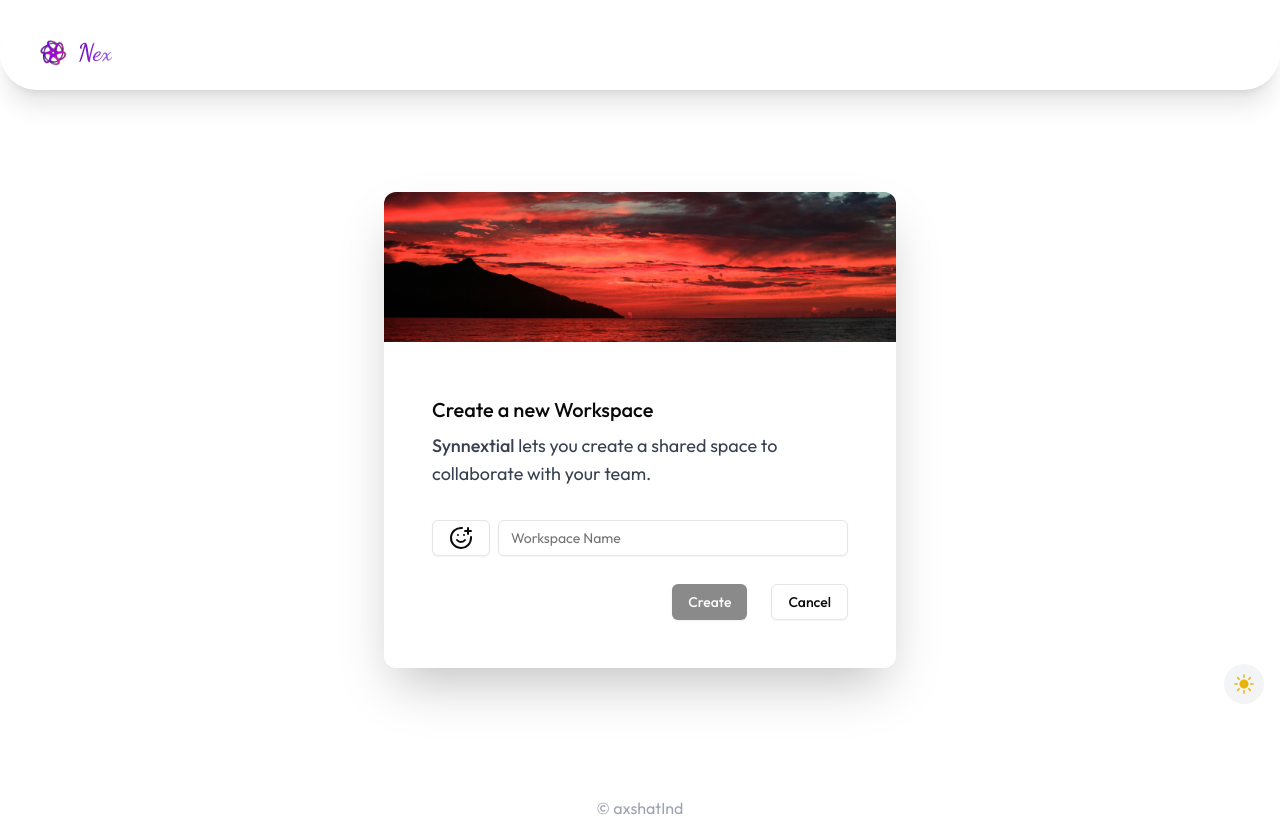
Repository: axshatInd/synnexTial
Page: /createworkspace
An editor plug-in stored every save of this project. The page is shown before and after the next save, followed by the edit.
The browser window is 1280 px wide. The pictures show the whole page.
The page's requests for data from a server got no answer. The project was rebuilt for these pictures with package versions that can differ from the ones it lists, and the page was loaded fresh each time. Some packages were replaced by stand-ins written for this rebuild. The framework's server and built-in components were replaced by stand-ins that run in the browser. No one was signed in, and anything a server would have sent is missing. Also part of the build but not shown: next.config.mjs.

Above is the page before, as saved 2024-08-28 16:41:05.

### app/layout.js
"use client";
import { Outfit } from "next/font/google";
import { Dancing_Script } from "next/font/google";
import "./globals.css";
import { ClerkProvider } from "@clerk/nextjs";
import Header from "./(routes)/dashboard/_components/Header";
import ThemeSwitcher from "./_components/ThemeSwitcher"; // Import ThemeSwitcher
import useTheme from "./_components/useTheme";

// Font configurations
const outfit = Outfit({ subsets: ["latin"] });
const dancing_script = Dancing_Script({ subsets: ["latin"] });

function Footer() {
  return (
    <footer className="text-center py-4">
      <a
        href="https://www.instagram.com/akshat.7_"
        target="_blank"
        rel="noopener noreferrer"
        className="text-gray-400 hover:text-gray-600 transition-colors duration-300"
      >
        &copy; axshatInd
      </a>
    </footer>
  );
}

export default function RootLayout({ children }) {
  const { theme, toggleTheme } = useTheme();

  return (
    <ClerkProvider>
      <html lang="en">
        <body
          className={`${outfit.className} ${theme} flex flex-col min-h-screen`}
        >
          <Header />
          <main className="flex-grow pt-20">{children}</main>
          <Footer />
          <div className="fixed bottom-4 right-4 z-50">
            <ThemeSwitcher isDark={theme === "dark"} onChange={toggleTheme} />
          </div>
        </body>
      </html>
    </ClerkProvider>
  );
}

### app/(routes)/createworkspace/page.jsx
"use client"; // Add this directive at the top of the file

import CoverPicker from "@/app/_components/CoverPicker";
import EmojiPickerComponent from "@/app/_components/EmojiPickerComponent";
import { Button } from "@/components/ui/button";
import { Input } from "@/components/ui/input";
import { db } from "@/config/firebaseConfig";
import { useAuth, useUser } from "@clerk/nextjs";
import { doc, setDoc } from "firebase/firestore";
import { Loader2Icon, SmilePlus } from "lucide-react";
import Image from "next/image";
import { useRouter } from "next/navigation";
import React, { useState } from "react";
import uuid4 from "uuid4";

function CreateWorkspace() {
  const [coverImage, setCoverImage] = useState("/cover.png");
  const [workspacename, setWorkspaceName] = useState();
  const [emoji, setEmoji] = useState();
  const { user } = useUser();
  const { orgId } = useAuth();
  const [loading, setLoading] = useState(false);
  const router = useRouter();

  /* Used to create new workspace and save the data in dataspace */
  const OnCreateWorkspace = async () => {
    setLoading(true);
    const workspaceId = Date.now();
    const result = await setDoc(doc(db, "Workspace", workspaceId.toString()), {
      workspaceName: workspacename,
      emoji: emoji,
      coverImage: coverImage,
      createdBy: user?.primaryEmailAddress?.emailAddress,
      id: workspaceId,
      orgId: orgId ? orgId : user?.primaryEmailAddress?.emailAddress,
    });
    const docId = uuid4();
    {
      /* this will give some random ids for us */
    }
    await setDoc(doc(db, "workspaceDocuments", docId.toString()), {
      workspaceId: workspaceId,
      createdBy: user?.primaryEmailAddress?.emailAddress,
      coverImage: null,
      emoji: null,
      id: docId,
      documentOutput: [],
    });

    await setDoc(doc(db, "documentOutput", docId.toString()), {
      docId: docId,
      Output: [],
    });

    setLoading(false);
    router.replace("/workspace/" + workspaceId + "/" + docId);
    {
      /* will do nested dynamic routing now at 1:58:00 of the vid */
    }
  };

  return (
    <div className="p-10 md:px-36 lg:px-64 xl:px-96 py-28">
      <div className="shadow-2xl rounded-xl">
        <CoverPicker setNewCover={(v) => setCoverImage(v)}>
          {/* Cover Image */}
          <div className="relative group cursor-pointer">
            <h2 className="hidden absolute p-4 w-full h-full items-center group-hover:flex justify-center text-black">
              Change Cover
            </h2>
            <div className="group-hover:opacity-70">
              <Image
                src={coverImage}
                width={400}
                height={440}
                className="w-full h-[150px] object-cover rounded-t-xl"
              />
            </div>
          </div>
        </CoverPicker>

        {/* Input Section */}
        <div className="p-12">
          <h2 className="font-medium text-xl">Create a new Workspace</h2>
          <h2 className="text-lg mt-2 text-gray-700">
            <span className="font-medium">Synnextial</span> lets you create a
            shared space to collaborate with your team.
          </h2>

          <div className="mt-8 flex gap-2 items-center">
            <EmojiPickerComponent setEmojiIcon={(v) => setEmoji(v)}>
              <Button variant="outline">{emoji ? emoji : <SmilePlus />}</Button>
            </EmojiPickerComponent>
            <Input
              placeholder="Workspace Name"
              onChange={(e) => setWorkspaceName(e.target.value)}
            />
          </div>
          <div className="mt-7 flex justify-end gap-6">
            <Button
              disabled={!workspacename?.length || loading}
              onClick={OnCreateWorkspace}
            >
              Create {loading && <Loader2Icon className="animate-spin ml-2" />}
            </Button>
            <Button variant="outline">Cancel</Button>
          </div>
        </div>
      </div>
    </div>
  );
}

export default CreateWorkspace;

### app/globals.css
@tailwind base;
@tailwind components;
@tailwind utilities;

@layer base {
  :root {
    --background: 0 0% 100%;
    --foreground: 0 0% 3.9%;
    --card: 0 0% 100%;
    --card-foreground: 0 0% 3.9%;
    --popover: 0 0% 100%;
    --popover-foreground: 0 0% 3.9%;
    --primary: 0 0% 9%;
    --primary-foreground: 0 0% 98%;
    --secondary: 0 0% 96.1%;
    --secondary-foreground: 0 0% 9%;
    --muted: 0 0% 96.1%;
    --muted-foreground: 0 0% 45.1%;
    --accent: 0 0% 96.1%;
    --accent-foreground: 0 0% 9%;
    --destructive: 0 84.2% 60.2%;
    --destructive-foreground: 0 0% 98%;
    --border: 0 0% 89.8%;
    --input: 0 0% 89.8%;
    --ring: 0 0% 3.9%;
    --radius: 0.5rem;
    --chart-1: 12 76% 61%;
    --chart-2: 173 58% 39%;
    --chart-3: 197 37% 24%;
    --chart-4: 43 74% 66%;
    --chart-5: 27 87% 67%;
  }

  .dark {
    --background: 0 0% 3.9%;
    --foreground: 0 0% 98%;
    --card: 0 0% 3.9%;
    --card-foreground: 0 0% 98%;
    --popover: 0 0% 3.9%;
    --popover-foreground: 0 0% 98%;
    --primary: 0 0% 98%;
    --primary-foreground: 0 0% 9%;
    --secondary: 0 0% 14.9%;
    --secondary-foreground: 0 0% 98%;
    --muted: 0 0% 14.9%;
    --muted-foreground: 0 0% 63.9%;
    --accent: 0 0% 14.9%;
    --accent-foreground: 0 0% 98%;
    --destructive: 0 62.8% 30.6%;
    --destructive-foreground: 0 0% 98%;
    --border: 0 0% 14.9%;
    --input: 0 0% 14.9%;
    --ring: 0 0% 83.1%;
    --chart-1: 220 70% 50%;
    --chart-2: 160 60% 45%;
    --chart-3: 30 80% 55%;
    --chart-4: 280 65% 60%;
    --chart-5: 340 75% 55%;
  }

  /* Gradient Text Styles */
  /* Existing gradient-text for light mode */
  .gradient-text {
    background: linear-gradient(to right, #f59e0b, #f97316, #b45309);
    -webkit-background-clip: text;
    background-clip: text;
    color: transparent;
  }

  /* Gradient text styling for dark mode */
  .dark .gradient-text-dark {
    background: linear-gradient(to right, #fca5a5, #f87171, #ef4444);
    -webkit-background-clip: text;
    background-clip: text;
    color: transparent;
  }

  .gradient-text2 {
    background: linear-gradient(to right, #b45309, #92400e, #111111);
    -webkit-background-clip: text;
    background-clip: text;
    color: transparent;
  }

  .gradient-text3 {
    background: linear-gradient(90deg, #000000, #ff5722);
    -webkit-background-clip: text;
    -webkit-text-fill-color: transparent;
  }

  .gradient-text4 {
    background: linear-gradient(to right, #6a0dad, #8a2be2, #9370db);
    -webkit-background-clip: text;
    background-clip: text;
    color: transparent;
  }

  /* Base Styles */
  * {
    @apply border-border;
  }

  body {
    @apply bg-background text-foreground;
  }

  footer {
    @apply text-center py-4;
  }

  footer a {
    @apply text-gray-400 hover:text-gray-600 transition-colors duration-300;
  }

  footer p {
    transition: color 0.3s ease;
  }

  /* Button Styles */
  .btn-primary {
    @apply text-white bg-primary hover:bg-primary-foreground px-4 py-2 rounded-md transition-all;
  }

  .btn-secondary {
    @apply text-primary bg-secondary hover:bg-secondary-foreground px-4 py-2 rounded-md transition-all;
  }

  .btn-accent {
    @apply text-accent-foreground bg-accent hover:bg-accent-foreground px-4 py-2 rounded-md transition-all;
  }
}

/* Scoped styling for ThemeSwitcher component */

.theme-switcher-button {
  /* Ensures button is circular */
  border-radius: 50%;
  width: 2.5rem; /* Adjust size as needed */
  height: 2.5rem; /* Adjust size as needed */
  display: flex;
  align-items: center;
  justify-content: center;
  cursor: pointer;
  background-color: #f3f4f6; /* Light background for light mode */
  transition: background-color 0.3s ease;
}

.theme-switcher-button:hover {
  background-color: rgba(0, 0, 0, 0.1); /* Light hover effect */
}

.dark .theme-switcher-button {
  background-color: #1f2937; /* Dark background for dark mode */
}

.dark .theme-switcher-button:hover {
  background-color: rgba(255, 255, 255, 0.1); /* Dark mode hover effect */
}

/* Styling for icons */
.theme-switcher-button svg {
  width: 1.5rem;
  height: 1.5rem;
}

### app/(routes)/dashboard/_components/Header.jsx
"use client";
import { useEffect, useRef } from "react";
import { gsap } from "gsap";
import Logo from "@/app/_components/Logo";
import { OrganizationSwitcher, useAuth, UserButton } from "@clerk/nextjs";
import useTheme from "@/app/_components/useTheme"; // Import useTheme here

function Header() {
  const { orgId } = useAuth();
  const headerRef = useRef(null);

  // GSAP animation for the header
  useEffect(() => {
    gsap.fromTo(headerRef.current, { opacity: 0 }, { opacity: 1, duration: 1 });
  }, []);

  const { theme } = useTheme();

  return (
    <header
      ref={headerRef} // Reference for animation
      className={`fixed top-4 left-1/2 transform -translate-x-1/2 z-100 flex justify-between items-center px-4 py-2 md:px-6 md:py-3 shadow-xl rounded-full bg-white w-full max-w-7xl overflow-hidden ${
        theme === "dark" ? "dark:bg-black" : ""
      }`}
    >
      <div className="w-full max-w-screen-xl px-1 flex justify-between items-center">
        <Logo />
        <OrganizationSwitcher
          afterCreateOrganizationUrl={"/dashboard"}
          afterLeaveOrganizationUrl={"/dashboard"}
        />
        <UserButton />
      </div>
    </header>
  );
}

export default Header;

### app/_components/ThemeSwitcher.jsx
import { SunIcon, MoonIcon } from "@heroicons/react/24/solid"; // Import Heroicons

const ThemeSwitcher = ({ isDark, onChange }) => {
  return (
    <button
      onClick={onChange}
      aria-label={isDark ? "Switch to Light Mode" : "Switch to Dark Mode"}
      className="theme-switcher-button p-1 sm:p-2"
    >
      {isDark ? (
        <MoonIcon className="w-3 h-3 sm:w-5 sm:h-5 text-yellow-400" />
      ) : (
        <SunIcon className="w-3 h-3 sm:w-5 sm:h-5 text-yellow-500" />
      )}
    </button>
  );
};

export default ThemeSwitcher;

### app/_components/useTheme.jsx
"use client"; // This ensures it runs on the client side

import { useState, useEffect } from "react";

const useTheme = () => {
  const [theme, setTheme] = useState("light");

  useEffect(() => {
    const storedTheme = localStorage.getItem("theme");
    const systemPrefersDark = window.matchMedia(
      "(prefers-color-scheme: dark)"
    ).matches;

    if (storedTheme) {
      setTheme(storedTheme);
    } else {
      setTheme(systemPrefersDark ? "dark" : "light");
    }
  }, []);

  const toggleTheme = () => {
    const newTheme = theme === "light" ? "dark" : "light";
    setTheme(newTheme);
    localStorage.setItem("theme", newTheme);
    document.body.className = newTheme; // Apply theme class to body for immediate update
  };

  return { theme, toggleTheme };
};

export default useTheme;

### app/_components/CoverPicker.jsx
import React, { useState } from "react";
import {
  Dialog,
  DialogContent,
  DialogDescription,
  DialogFooter,
  DialogHeader,
  DialogTitle,
  DialogTrigger,
} from "@/components/ui/dialog";
import CoverOption from "../_shared/CoverOption";
import Image from "next/image";
import { DialogClose } from "@radix-ui/react-dialog";
import { Button } from "@/components/ui/button";

function CoverPicker({ children, setNewCover }) {
  const [selectedCover, setSelectedCover] = useState();

  return (
    <Dialog>
      <DialogTrigger className="w-full">{children}</DialogTrigger>
      <DialogContent>
        <DialogHeader>
          <DialogTitle>Change Cover Image</DialogTitle>
          <DialogDescription>
            <div className="grid grid-cols-2 md:grid-cols-3 lg:grid-cols-4 gap-5 mt-3">
              {CoverOption.map((cover, index) => (
                <div
                  key={index}
                  onClick={() => setSelectedCover(cover?.imageUrl)}
                  className={`p-1 rounded-md ${
                    selectedCover === cover?.imageUrl
                      ? "border-primary border-2"
                      : ""
                  }`}
                >
                  <Image
                    src={cover?.imageUrl}
                    width={200}
                    height={140}
                    className="h-[70px] w-full rounded-md object-cover"
                    alt={`Cover Image ${index}`}
                  />
                </div>
              ))}
            </div>
          </DialogDescription>
        </DialogHeader>
        <DialogFooter className="">
          <DialogClose asChild>
            <Button type="button" onClick={() => setNewCover(selectedCover)}>
              Update
            </Button>
          </DialogClose>

          <DialogClose asChild>
            <Button type="button" variant="secondary">
              Close
            </Button>
          </DialogClose>
        </DialogFooter>
      </DialogContent>
    </Dialog>
  );
}

export default CoverPicker;

### app/_components/EmojiPickerComponent.jsx
import EmojiPicker from "emoji-picker-react";
import React, { useState } from "react";

function EmojiPickerComponent({ children, setEmojiIcon }) {
  const [openEmojiPicker, setOpenEmojiPicker] = useState(false);

  const handleToggleEmojiPicker = () => {
    setOpenEmojiPicker((prev) => !prev); // Toggle the emoji picker visibility
  };

  return (
    <div>
      {/* Button to open/close the EmojiPicker */}
      <div onClick={handleToggleEmojiPicker}>{children}</div>

      {/* Conditional rendering for the EmojiPicker */}
      {openEmojiPicker && (
        <div className="absolute z-10">
          <EmojiPicker
            onEmojiClick={(e) => {
              setEmojiIcon(e.emoji);
              setOpenEmojiPicker(false); // Close the picker after selecting an emoji
            }}
          />
        </div>
      )}
    </div>
  );
}

export default EmojiPickerComponent;

### components/ui/button.jsx
import * as React from "react"
import { Slot } from "@radix-ui/react-slot"
import { cva } from "class-variance-authority";

import { cn } from "@/lib/utils"

const buttonVariants = cva(
  "inline-flex items-center justify-center whitespace-nowrap rounded-md text-sm font-medium transition-colors focus-visible:outline-none focus-visible:ring-1 focus-visible:ring-ring disabled:pointer-events-none disabled:opacity-50",
  {
    variants: {
      variant: {
        default:
          "bg-primary text-primary-foreground shadow hover:bg-primary/90",
        destructive:
          "bg-destructive text-destructive-foreground shadow-sm hover:bg-destructive/90",
        outline:
          "border border-input bg-background shadow-sm hover:bg-accent hover:text-accent-foreground",
        secondary:
          "bg-secondary text-secondary-foreground shadow-sm hover:bg-secondary/80",
        ghost: "hover:bg-accent hover:text-accent-foreground",
        link: "text-primary underline-offset-4 hover:underline",
      },
      size: {
        default: "h-9 px-4 py-2",
        sm: "h-8 rounded-md px-3 text-xs",
        lg: "h-10 rounded-md px-8",
        icon: "h-9 w-9",
      },
    },
    defaultVariants: {
      variant: "default",
      size: "default",
    },
  }
)

const Button = React.forwardRef(({ className, variant, size, asChild = false, ...props }, ref) => {
  const Comp = asChild ? Slot : "button"
  return (
    (<Comp
      className={cn(buttonVariants({ variant, size, className }))}
      ref={ref}
      {...props} />)
  );
})
Button.displayName = "Button"

export { Button, buttonVariants }

### config/firebaseConfig.js
// config/firebaseConfig.js

import { initializeApp } from "firebase/app";
import { getAnalytics } from "firebase/analytics";
import { getFirestore } from "firebase/firestore";

// Your web app's Firebase configuration
const firebaseConfig = {
  apiKey: process.env.NEXT_PUBLIC_FIREBASE_API_KEY,
  authDomain: process.env.NEXT_PUBLIC_AUTH_DOMAIN,
  projectId: process.env.NEXT_PUBLIC_PROJECT_ID,
  storageBucket: process.env.NEXT_PUBLIC_STORAGE_BUCKET,
  messagingSenderId: process.env.NEXT_PUBLIC_MESSAGING_SENDER_ID,
  appId: process.env.NEXT_PUBLIC_APP_ID,
  measurementId: process.env.NEXT_PUBLIC_MEASUREMENT_ID,
};

let app, db, analytics;

if (typeof window !== "undefined") {
  // Initialize Firebase only on the client side
  app = initializeApp(firebaseConfig);
  db = getFirestore(app);
  analytics = getAnalytics(app);
}

export { app, db, analytics };

### app/_components/Logo.jsx
import React from "react";
import Image from "next/image";
import { Dancing_Script } from "next/font/google";

const dancing_script = Dancing_Script({ subsets: ["latin"] });

function Logo() {
  return (
    <div className="flex items-center">
      <Image src={"/logo2.svg"} alt="Logo" width={50} height={50} />
      <h2
        className={`${dancing_script.className} font-semibold text-2xl gradient-text4`}
      >
        {/* empty for now */}
        Nex
      </h2>
    </div>
  );
}

export default Logo;

### components/ui/dialog.jsx
"use client"

import * as React from "react"
import * as DialogPrimitive from "@radix-ui/react-dialog"
import { Cross2Icon } from "@radix-ui/react-icons"

import { cn } from "@/lib/utils"

const Dialog = DialogPrimitive.Root

const DialogTrigger = DialogPrimitive.Trigger

const DialogPortal = DialogPrimitive.Portal

const DialogClose = DialogPrimitive.Close

const DialogOverlay = React.forwardRef(({ className, ...props }, ref) => (
  <DialogPrimitive.Overlay
    ref={ref}
    className={cn(
      "fixed inset-0 z-50 bg-black/80  data-[state=open]:animate-in data-[state=closed]:animate-out data-[state=closed]:fade-out-0 data-[state=open]:fade-in-0",
      className
    )}
    {...props} />
))
DialogOverlay.displayName = DialogPrimitive.Overlay.displayName

const DialogContent = React.forwardRef(({ className, children, ...props }, ref) => (
  <DialogPortal>
    <DialogOverlay />
    <DialogPrimitive.Content
      ref={ref}
      className={cn(
        "fixed left-[50%] top-[50%] z-50 grid w-full max-w-lg translate-x-[-50%] translate-y-[-50%] gap-4 border bg-background p-6 shadow-lg duration-200 data-[state=open]:animate-in data-[state=closed]:animate-out data-[state=closed]:fade-out-0 data-[state=open]:fade-in-0 data-[state=closed]:zoom-out-95 data-[state=open]:zoom-in-95 data-[state=closed]:slide-out-to-left-1/2 data-[state=closed]:slide-out-to-top-[48%] data-[state=open]:slide-in-from-left-1/2 data-[state=open]:slide-in-from-top-[48%] sm:rounded-lg",
        className
      )}
      {...props}>
      {children}
      <DialogPrimitive.Close
        className="absolute right-4 top-4 rounded-sm opacity-70 ring-offset-background transition-opacity hover:opacity-100 focus:outline-none focus:ring-2 focus:ring-ring focus:ring-offset-2 disabled:pointer-events-none data-[state=open]:bg-accent data-[state=open]:text-muted-foreground">
        <Cross2Icon className="h-4 w-4" />
        <span className="sr-only">Close</span>
      </DialogPrimitive.Close>
    </DialogPrimitive.Content>
  </DialogPortal>
))
DialogContent.displayName = DialogPrimitive.Content.displayName

const DialogHeader = ({
  className,
  ...props
}) => (
  <div
    className={cn("flex flex-col space-y-1.5 text-center sm:text-left", className)}
    {...props} />
)
DialogHeader.displayName = "DialogHeader"

const DialogFooter = ({
  className,
  ...props
}) => (
  <div
    className={cn("flex flex-col-reverse sm:flex-row sm:justify-end sm:space-x-2", className)}
    {...props} />
)
DialogFooter.displayName = "DialogFooter"

const DialogTitle = React.forwardRef(({ className, ...props }, ref) => (
  <DialogPrimitive.Title
    ref={ref}
    className={cn("text-lg font-semibold leading-none tracking-tight", className)}
    {...props} />
))
DialogTitle.displayName = DialogPrimitive.Title.displayName

const DialogDescription = React.forwardRef(({ className, ...props }, ref) => (
  <DialogPrimitive.Description
    ref={ref}
    className={cn("text-sm text-muted-foreground", className)}
    {...props} />
))
DialogDescription.displayName = DialogPrimitive.Description.displayName

export {
  Dialog,
  DialogPortal,
  DialogOverlay,
  DialogTrigger,
  DialogClose,
  DialogContent,
  DialogHeader,
  DialogFooter,
  DialogTitle,
  DialogDescription,
}

Loaded but not shown: components/ui/input.jsx (common file); lib/utils.js (common file); tailwind.config.js (common file); app/_shared/CoverOption.js (66 lines, source omitted)

After the next save:
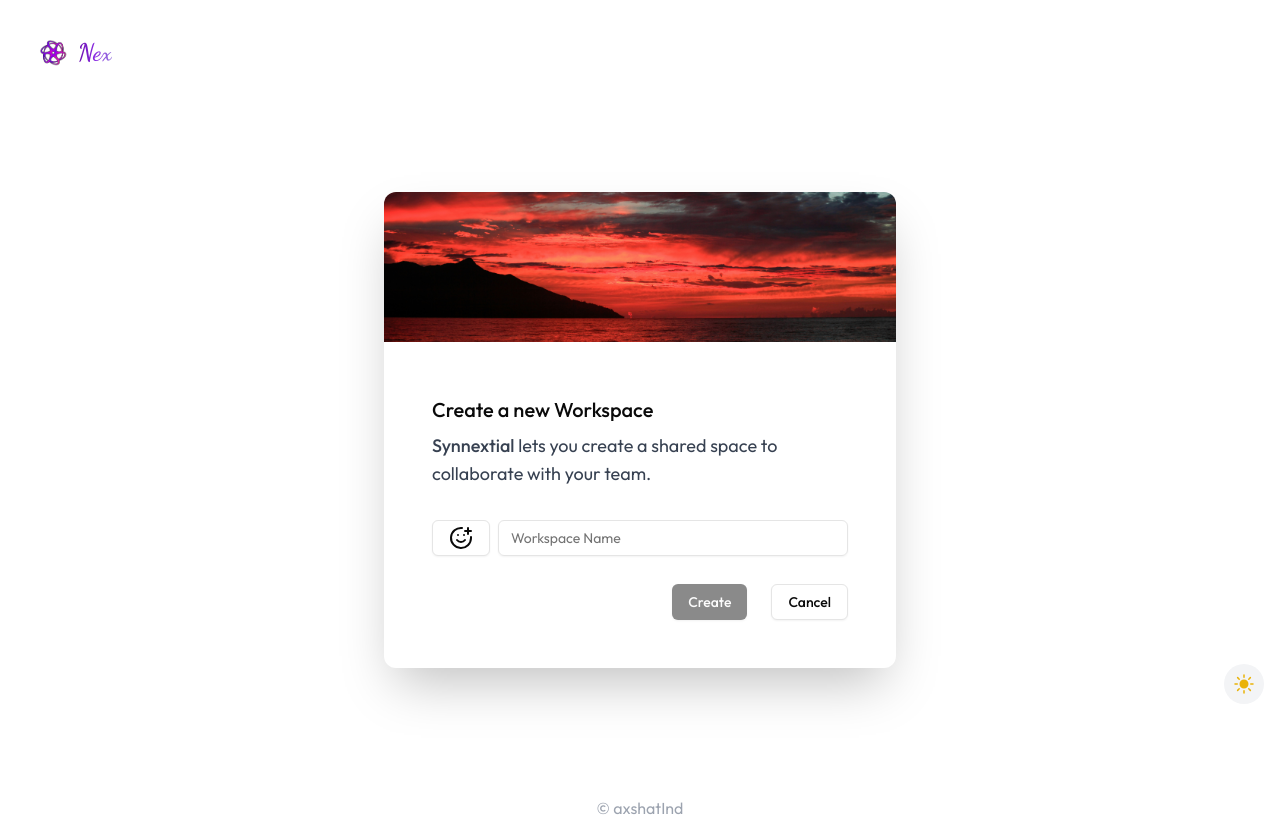
Saved 13 s later.
--- a/app/(routes)/dashboard/_components/Header.jsx
+++ b/app/(routes)/dashboard/_components/Header.jsx
@@ -19,7 +19,7 @@
   return (
     <header
       ref={headerRef} // Reference for animation
-      className={`fixed top-4 left-1/2 transform -translate-x-1/2 z-100 flex justify-between items-center px-4 py-2 md:px-6 md:py-3 shadow-xl rounded-full bg-white w-full max-w-7xl overflow-hidden ${
+      className={`fixed top-4 left-1/2 transform -translate-x-1/2 z-100 flex justify-between items-center px-4 py-2 md:px-6 md:py-3 shadow-3xl rounded-full bg-white w-full max-w-7xl overflow-hidden ${
         theme === "dark" ? "dark:bg-black" : ""
       }`}
     >
